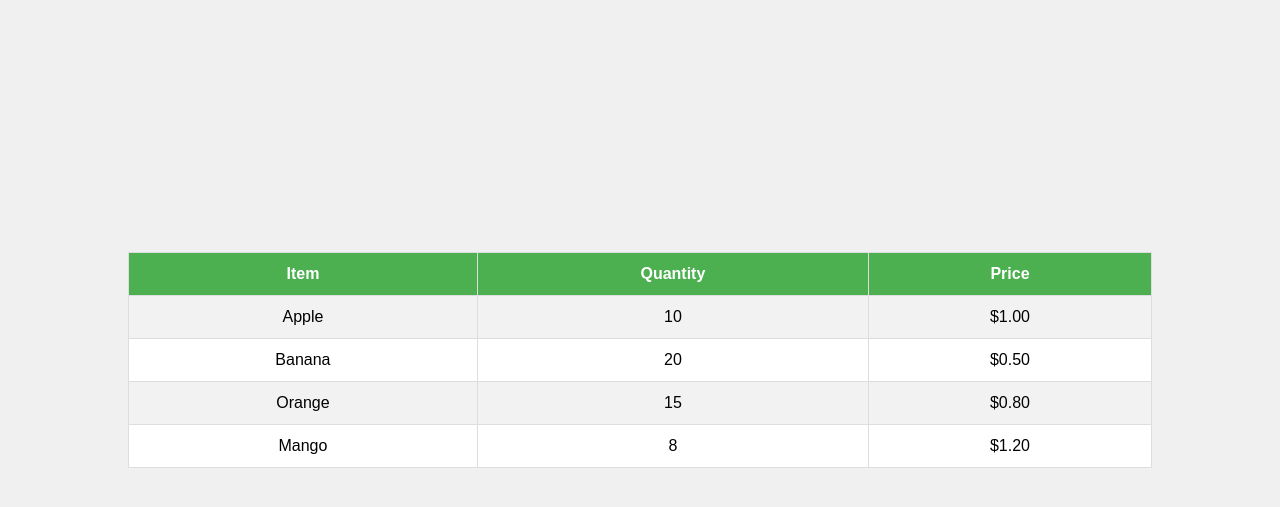
Repository: notgudmewhathuh12122334354556/GroceryInventory
Page: neww.html
The author's editor kept a copy of each file at every save. The page is drawn from the files as they stood at one save, then again after the next save.
The browser window is 1280 px wide. The pictures show the whole page.

Above is the page before, as saved 2024-11-13 18:09:27.

### neww.html
<!DOCTYPE html>
<html lang="en">
<head>
    <meta charset="UTF-8">
    <meta name="viewport" content="width=device-width, initial-scale=1.0">
    <title>Styled Table</title>
    <style>
        body {
            font-family: Arial, sans-serif;
            display: flex;
            justify-content: center;
            align-items: center;
            height: 100vh;
            margin: 0;
            background-color: #f0f0f0;
        }

        table {
            width: 80%;
            border-collapse: collapse;
            margin: 20px 0;
            background-color: #ffffff;
        }

        table, th, td {
            border: 1px solid #dddddd;
        }

        th, td {
            padding: 12px;
            text-align: center;
        }

        th {
            background-color: #4CAF50;
            color: white;
        }

        tr:nth-child(even) {
            background-color: #f2f2f2;
        }

        tr:hover {
            background-color: #ddd;
        }
    </style>
</head>
<body>
    <table>
        <tr>
            <th>Item</th>
            <th>Quantity</th>
            <th>Price</th>
        </tr>
        <tr>
            <td>Apple</td>
            <td>10</td>
            <td>$1.00</td>
        </tr>
        <tr>
            <td>Banana</td>
            <td>20</td>
            <td>$0.50</td>
        </tr>
        <tr>
            <td>Orange</td>
            <td>15</td>
            <td>$0.80</td>
        </tr>
        <tr>
            <td>Mango</td>
            <td>8</td>
            <td>$1.20</td>
        </tr>
    </table>
</body>
</html>

After the next save:
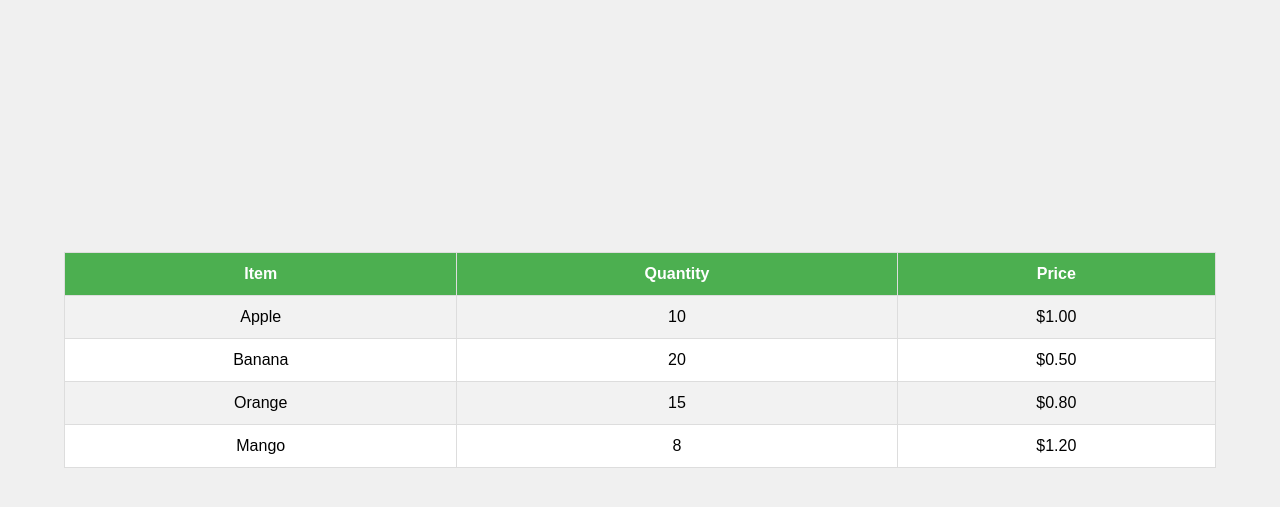
Saved 5 min 1 s later.
--- a/neww.html
+++ b/neww.html
@@ -3,23 +3,29 @@
 <head>
     <meta charset="UTF-8">
     <meta name="viewport" content="width=device-width, initial-scale=1.0">
-    <title>Styled Table</title>
+    <title>Responsive Table</title>
     <style>
         body {
             font-family: Arial, sans-serif;
             display: flex;
             justify-content: center;
             align-items: center;
-            height: 100vh;
+            min-height: 100vh;
             margin: 0;
             background-color: #f0f0f0;
         }
 
+        .table-container {
+            width: 90%;
+            overflow-x: auto;
+            margin: 20px 0;
+        }
+
         table {
-            width: 80%;
+            width: 100%;
             border-collapse: collapse;
-            margin: 20px 0;
             background-color: #ffffff;
+            min-width: 600px;
         }
 
         table, th, td {
@@ -43,35 +49,45 @@
         tr:hover {
             background-color: #ddd;
         }
+
+        /* Responsive Styling */
+        @media (max-width: 600px) {
+            th, td {
+                padding: 8px;
+                font-size: 14px;
+            }
+        }
     </style>
 </head>
 <body>
-    <table>
-        <tr>
-            <th>Item</th>
-            <th>Quantity</th>
-            <th>Price</th>
-        </tr>
-        <tr>
-            <td>Apple</td>
-            <td>10</td>
-            <td>$1.00</td>
-        </tr>
-        <tr>
-            <td>Banana</td>
-            <td>20</td>
-            <td>$0.50</td>
-        </tr>
-        <tr>
-            <td>Orange</td>
-            <td>15</td>
-            <td>$0.80</td>
-        </tr>
-        <tr>
-            <td>Mango</td>
-            <td>8</td>
-            <td>$1.20</td>
-        </tr>
-    </table>
+    <div class="table-container">
+        <table>
+            <tr>
+                <th>Item</th>
+                <th>Quantity</th>
+                <th>Price</th>
+            </tr>
+            <tr>
+                <td>Apple</td>
+                <td>10</td>
+                <td>$1.00</td>
+            </tr>
+            <tr>
+                <td>Banana</td>
+                <td>20</td>
+                <td>$0.50</td>
+            </tr>
+            <tr>
+                <td>Orange</td>
+                <td>15</td>
+                <td>$0.80</td>
+            </tr>
+            <tr>
+                <td>Mango</td>
+                <td>8</td>
+                <td>$1.20</td>
+            </tr>
+        </table>
+    </div>
 </body>
 </html>
